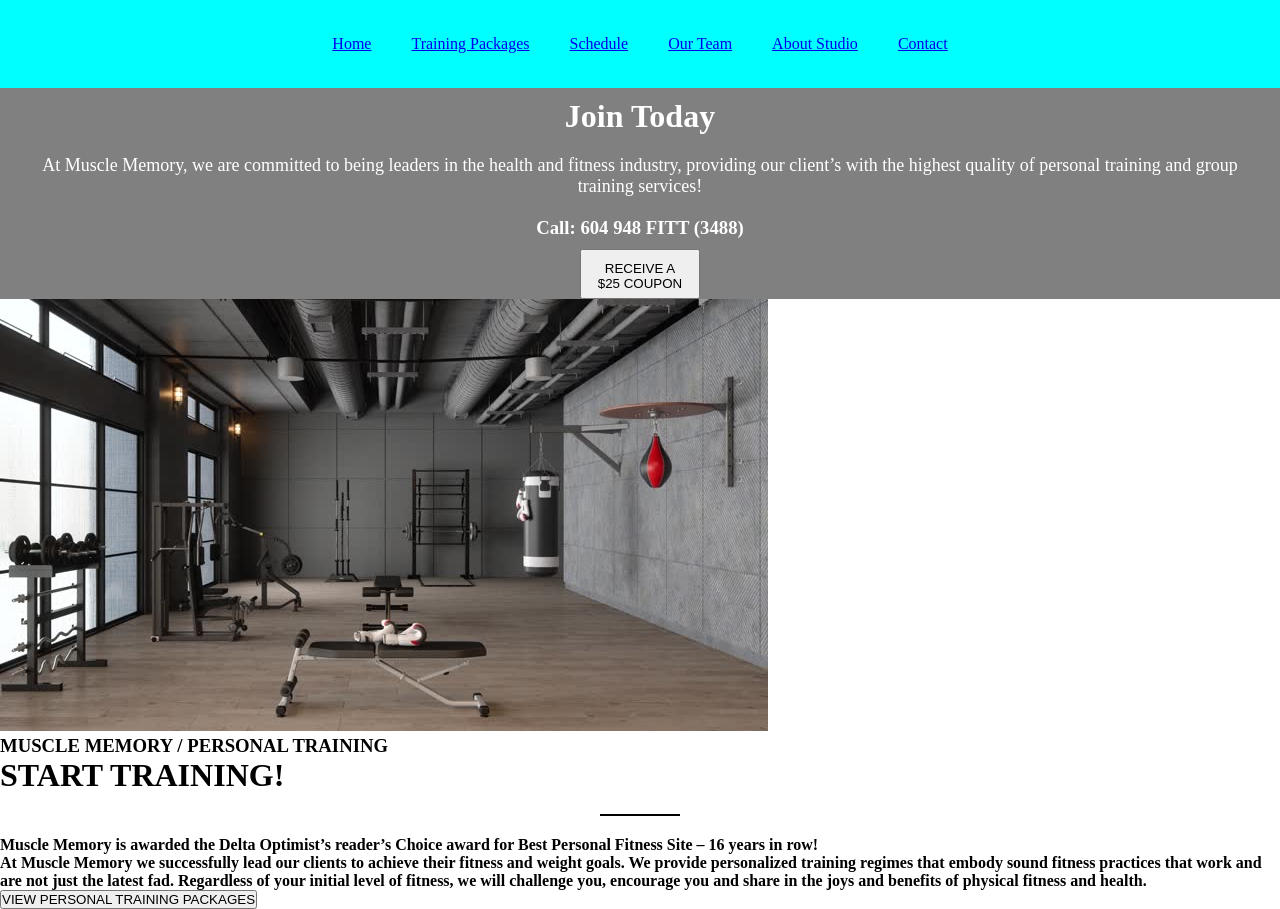
Repository: MujtabaHabib/muscle-memory-website
Page: index.html
The author's editor kept a copy of each file at every save. The page is drawn from the files as they stood at one save, then again after a run of saves.
The browser window is 1280 px wide. The pictures show the whole page.

Above is the page before, as saved 2026-01-27 02:54:46.

After the next 5 saves:
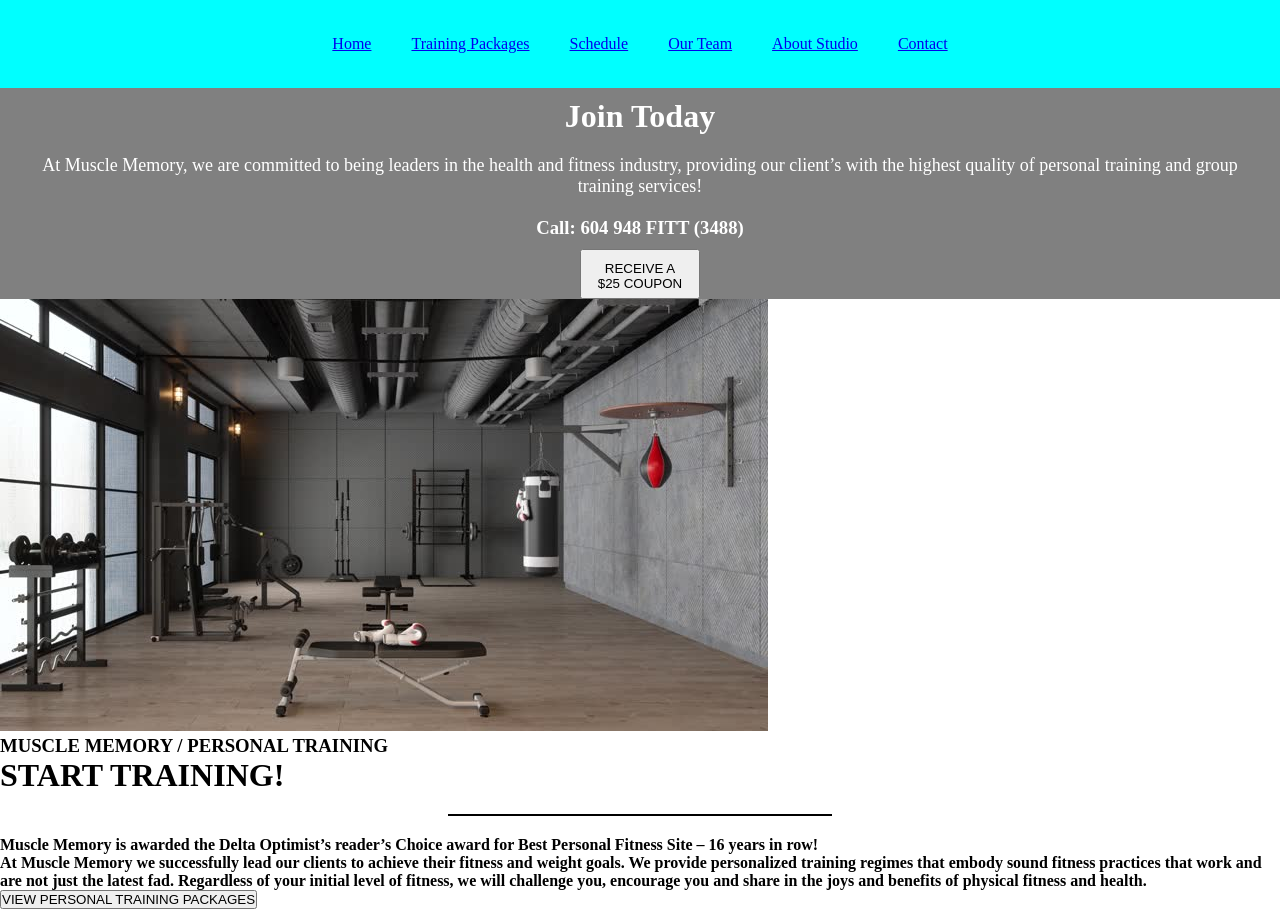
The 5 saves are shown as one change because they came seconds apart.
The last was saved 13 s later.
--- a/style.css
+++ b/style.css
@@ -42,6 +42,6 @@
 hr {
   border: none; /* Removes default border */
   border-top: 2px solid #000000; /* Adds a solid top border (the line) */
-  width: 80px; /* Sets the length */
+  width: 30%; /* Sets the length */
   margin: 20px auto; /* Centers the line and adds spacing */
 }
